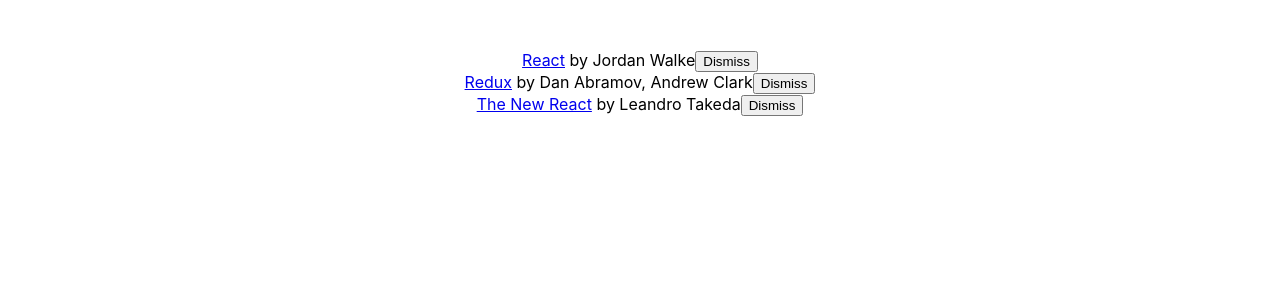
Repository: letakeda/hackernews
Page: /
The author's editor kept a copy of each file at every save. The page is drawn from the files as they stood at one save, then again after the next save.
The browser window is 1280 px wide. The pictures show the whole page.
The project was rebuilt for these pictures with package versions that can differ from the ones it lists, and the page was loaded fresh each time.

Above is the page before, as saved 2019-12-03 08:15:53.

### src/index.js
import React from 'react';
import ReactDOM from 'react-dom';
import './index.css';
import App from './App';
import * as serviceWorker from './serviceWorker';

ReactDOM.render(<App />, document.getElementById('root'));

if(module.hot) {
    module.hot.accept();
}

// If you want your app to work offline and load faster, you can change
// unregister() to register() below. Note this comes with some pitfalls.
// Learn more about service workers: https://bit.ly/CRA-PWA
serviceWorker.unregister();

### src/App.js
import React, { Component } from 'react';
import './App.css';

const title = (<h2>Takeda</h2>)

const list = [
  {
    title: 'React',
    url: 'https://reactjs.org',
    author: ' by Jordan Walke',
    objectID: 1
  },
  {
    title: 'Redux',
    url: 'https://redux.js.org',
    author: ' by Dan Abramov, Andrew Clark',
    objectID: 2
  },
  {
    title: 'The New React',
    url: 'https://newreact.js.org',
    author: ' by Leandro Takeda',
    objectID: 3
  }
]

class App extends Component {

  constructor(props) {
    super(props)
    this.state = {
      list: list,
    }
  }

  render() {
    //const welcome_message = 'Welcome to the road of learn React!';
    //welcome_message = 'text'
    return (
      <div className="App">
        {this.state.list.map(item =>
          <div key={item.objectID}>
            <span>
              <a href={item.url}>{item.title}</a></span>
            <span>{item.author}</span>
            <span>{item.num_comments}</span>
            <span>{item.points}</span>
            <span>
              <button onClick={() => this.onDismiss(item.objectID)} type="button">Dismiss</button>
            </span>
          </div>
        )}
      </div>
    )
  }
}

export default App;

### src/App.css
.App {
  text-align: center;
  margin-top: 50px;
}

.App-logo {
  height: 40vmin;
}

.App-header {
  background-color: #282c34;
  min-height: 100vh;
  display: flex;
  flex-direction: column;
  align-items: center;
  justify-content: center;
  font-size: calc(10px + 2vmin);
  color: white;
}

.App-link {
  color: #09d3ac;
}

Loaded but not shown: public/index.html (common file); src/index.css (common file); src/serviceWorker.js (common file)

After the next save:
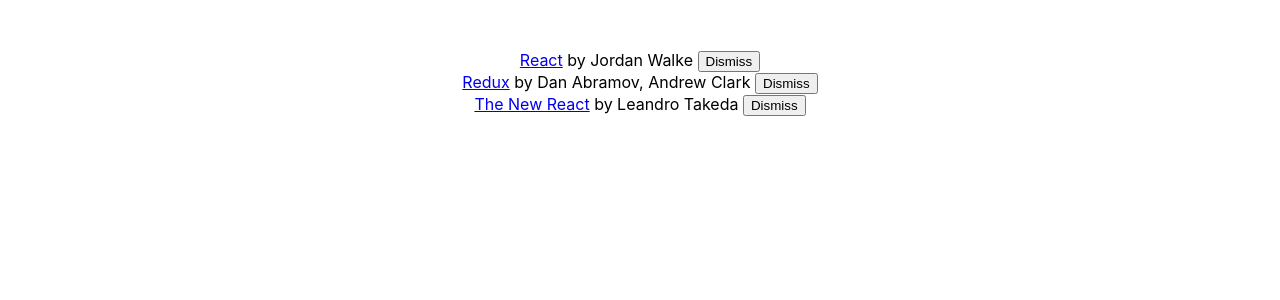
Saved 16 s later.
--- a/src/App.js
+++ b/src/App.js
@@ -42,7 +42,7 @@
           <div key={item.objectID}>
             <span>
               <a href={item.url}>{item.title}</a></span>
-            <span>{item.author}</span>
+            <span>{item.author} </span>
             <span>{item.num_comments}</span>
             <span>{item.points}</span>
             <span>
